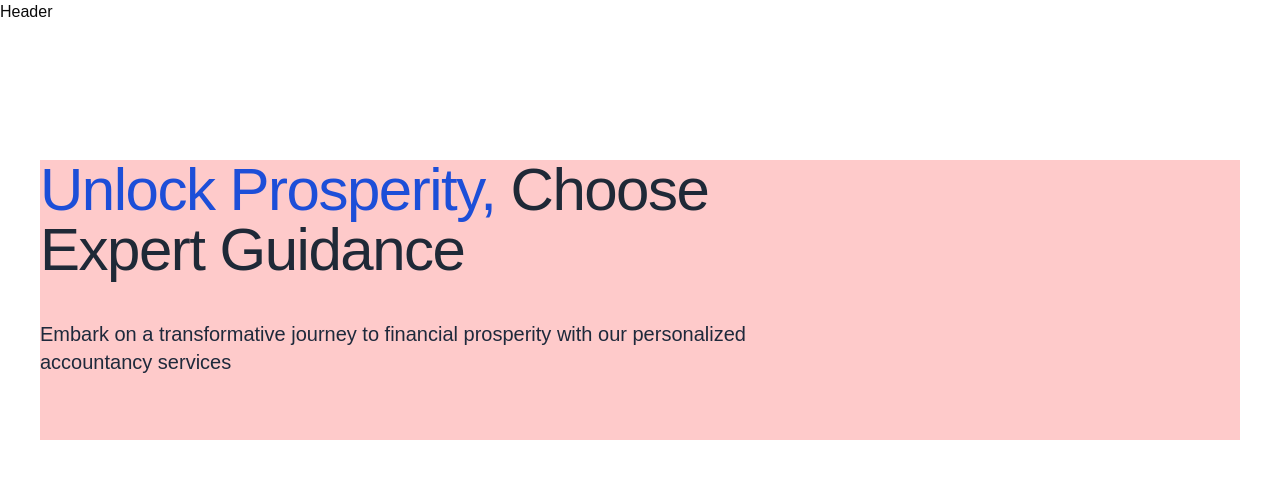
Repository: vespersolutionspk18/integrast-website
Page: /
The author's editor kept a copy of each file at every save. The page is drawn from the files as they stood at one save, then again after the next save.
The browser window is 1280 px wide. The pictures show the whole page.
The project was rebuilt for these pictures with package versions that can differ from the ones it lists, and the page was loaded fresh each time. The framework's server and built-in components were replaced by stand-ins that run in the browser. Also part of the build but not shown: next.config.ts.

Above is the page before, as saved 2024-12-09 14:45:08.

### app/page.tsx
import Image from "next/image";
import Header from "./Header";
import Hero from "./Hero";

export default function Home() {
  return (
    <div>
      <Header />
      <Hero />
    </div>
  );
}

### app/Hero.tsx
import React from 'react'

const Hero = () => {
  return (
    <div className="flex flex-col p-10 ">
        <div className="flex flex-row mt-24 h-[280px] bg-red-200">
            <div className="w-[60%] flex flex-col">
                <h1 className="font-light text-6xl text-blue-700 tracking-tight">Unlock Prosperity, <span className="text-gray-800">Choose Expert Guidance</span></h1>
                <h4 className="text-xl text-slate-800 mt-10">Embark on a transformative journey to financial prosperity with our personalized accountancy services</h4>
            </div>
        </div>
    </div>
  )
}

export default Hero

Loaded but not shown: app/layout.tsx (common file); app/globals.css (common file); app/Header.tsx (common file); tailwind.config.ts (common file)

After the next save:
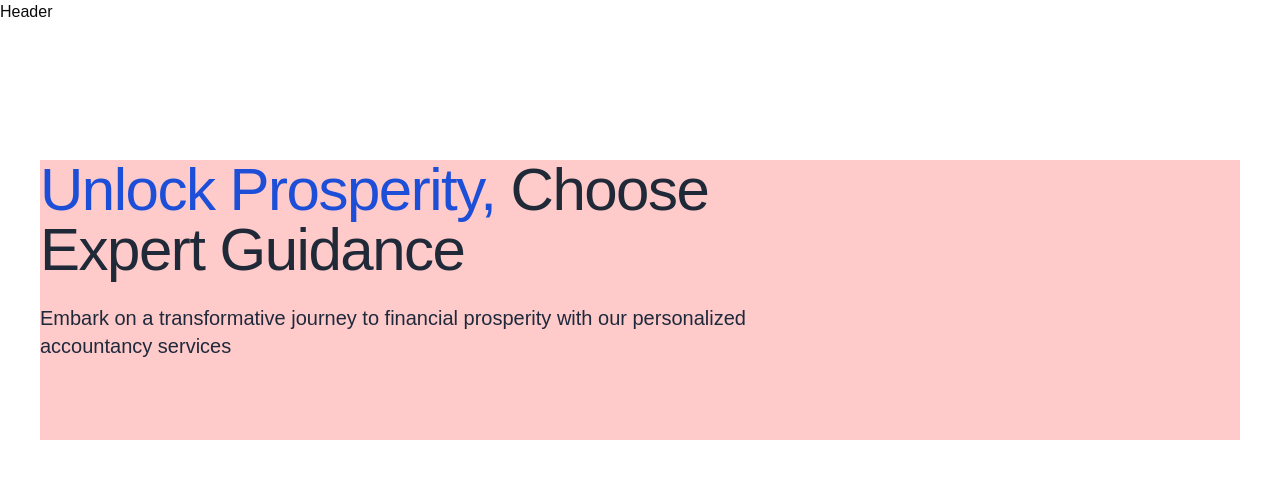
Saved 4 s later.
--- a/app/Hero.tsx
+++ b/app/Hero.tsx
@@ -6,7 +6,7 @@ const Hero = () => {
         <div className="flex flex-row mt-24 h-[280px] bg-red-200">
             <div className="w-[60%] flex flex-col">
                 <h1 className="font-light text-6xl text-blue-700 tracking-tight">Unlock Prosperity, <span className="text-gray-800">Choose Expert Guidance</span></h1>
-                <h4 className="text-xl text-slate-800 mt-10">Embark on a transformative journey to financial prosperity with our personalized accountancy services</h4>
+                <h4 className="text-xl text-slate-800 mt-6">Embark on a transformative journey to financial prosperity with our personalized accountancy services</h4>
             </div>
         </div>
     </div>
